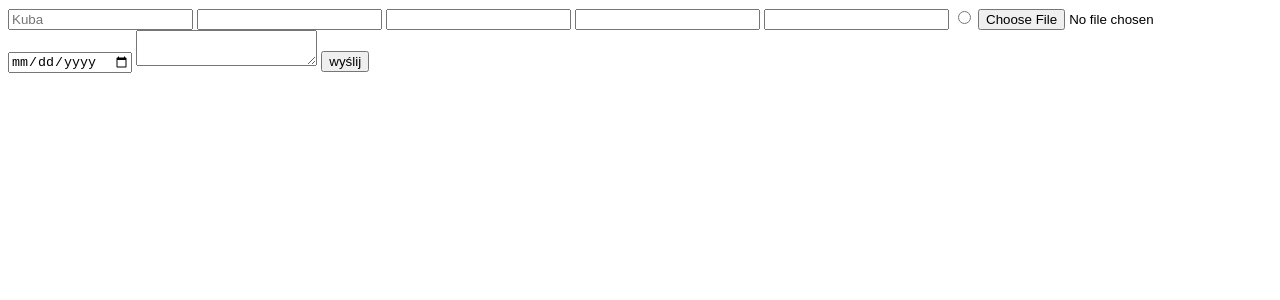
Repository: Gumiin/studia
Page: wykłady/5.05/formularze.html
The author's editor kept a copy of each file at every save. The page is drawn from the files as they stood at one save, then again after the next save.
The browser window is 1280 px wide. The pictures show the whole page.

Above is the page before, as saved 2021-05-05 14:10:07.

After the next save:
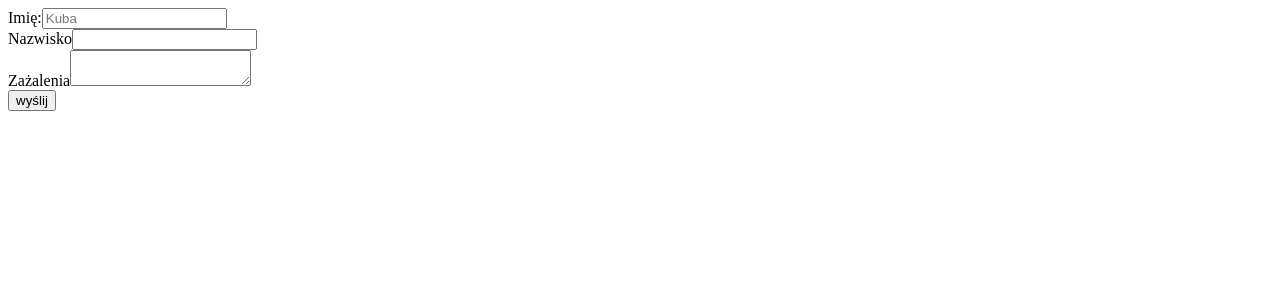
Saved 2 min 9 s later.
--- a/wykłady/5.05/formularze.html
+++ b/wykłady/5.05/formularze.html
@@ -8,15 +8,15 @@
 </head>
 <body>
     <form action="" method="post" enctype="multipart/form-data">
-        <input type="text" name="imie"id="imie" placeholder="Kuba">
-        <input type="text" name="nazwisko"id="nazwisko">
-        <input type="text" name="kod_p"id="kod_p">
+        Imię:<input type="text" name="imie"id="imie" placeholder="Kuba"><br>
+        Nazwisko<input type="text" name="nazwisko"id="nazwisko"><br>
+        <!-- <input type="text" name="kod_p"id="kod_p">
         <input type="password" name="" id="">
         <input type="email" name="" id="">
         <input type="radio" name="" id="">
         <input type="file" name="" id="">
-        <input type="date" name="" id="">
-        <textarea></textarea>
+        <input type="date" name="" id=""> -->
+        Zażalenia<textarea></textarea><br>
         <input type="submit" value="wyślij">
     </form>
 </body>
